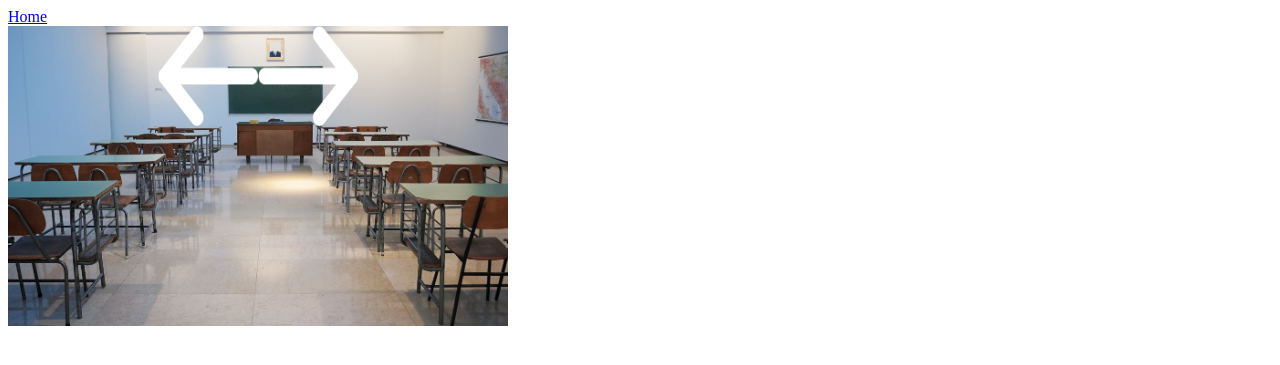
Repository: jjennbui/class8
Page: /carouselPage
The author's editor kept a copy of each file at every save. The page is drawn from the files as they stood at one save, then again after a run of saves.
The browser window is 1280 px wide. The pictures show the whole page.
The project was rebuilt for these pictures with package versions that can differ from the ones it lists, and the page was loaded fresh each time. The framework's server and built-in components were replaced by stand-ins that run in the browser. Also part of the build but not shown: next.config.js.

Above is the page before, as saved 2023-02-20 18:23:27.

After the next 4 saves:
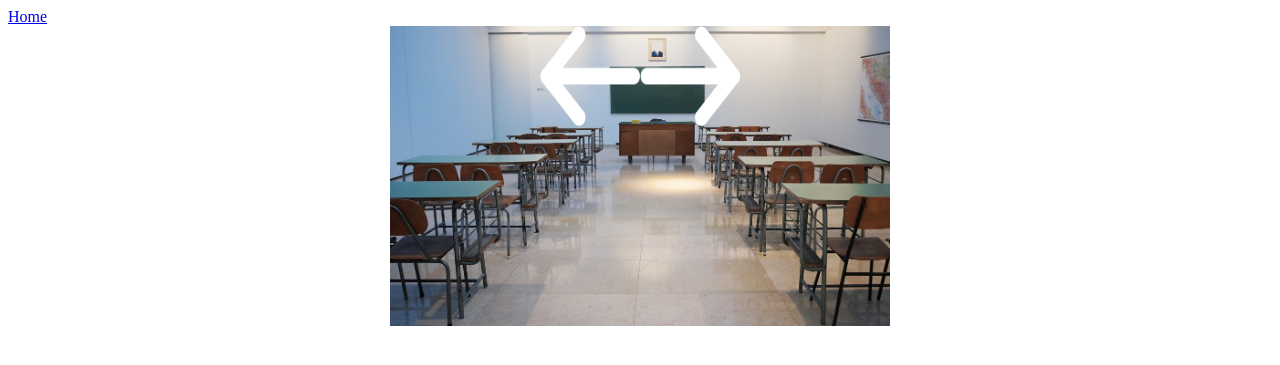
The 4 saves are shown as one change because they came seconds apart.
The last was saved 14 s later.
--- a/components/carousel/carousel.module.css
+++ b/components/carousel/carousel.module.css
@@ -2,3 +2,8 @@
     display: flex;
     justify-content: center;
 }
+
+.main{
+    display: flex;
+    justify-content: center;
+}
